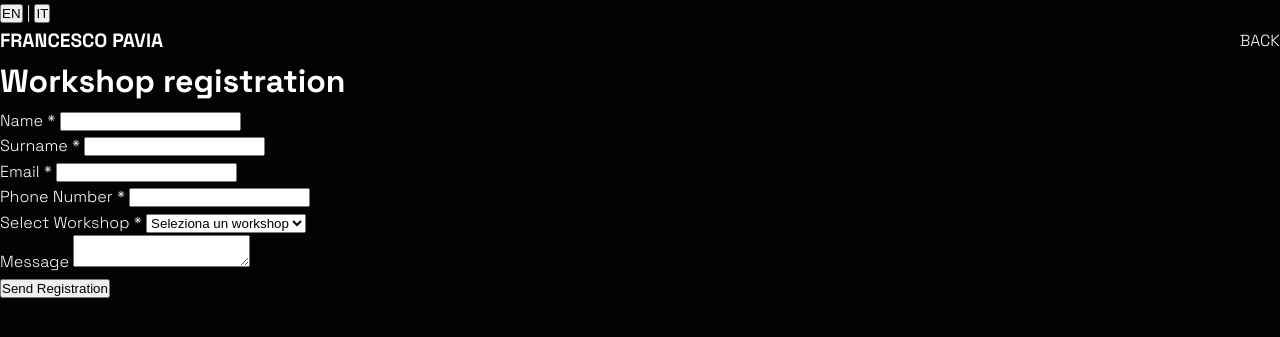
Repository: philipkdpavkia/photo-auto
Page: iscrizione.html
The author's editor kept a copy of each file at every save. The page is drawn from the files as they stood at one save, then again after the next save.
The browser window is 1280 px wide. The pictures show the whole page.

Above is the page before, as saved 2024-11-16 19:40:08.

After the next save:
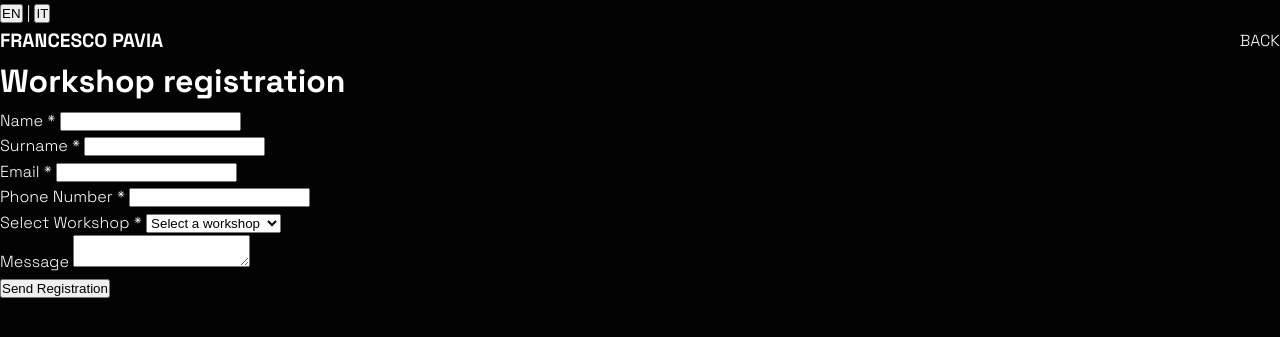
Saved 3 min 14 s later.
--- a/iscrizione.html
+++ b/iscrizione.html
@@ -111,7 +111,7 @@
         });
     </script>
 </head>
-<body class="registration-page"></body>
+<body class="registration-page">
     <div class="lang-selector">
         <button class="lang-btn" onclick="langManager.setLanguage('en')">EN</button>
         |
@@ -119,20 +119,19 @@
     </div>
 
     <nav class="nav">
-        <div class="logo" onclick="window.location.href='index.html'">FRANCESCO PAVIA</div>
+        <div class="logo" onclick="window.location.href='/'">FRANCESCO PAVIA</div>
         <div class="menu">
             <div class="menu-item" onclick="history.back()" data-i18n="back">BACK</div>
         </div>
     </nav>
 
     <div class="form-container">
-        <div class="selected-workshop">
+        <div class="workshop-header">
             <h1 class="workshop-title" id="workshopTitle" data-i18n="workshop_registration">Workshop registration</h1>
             <div class="workshop-details" id="workshopDetails"></div>
         </div>
 
-
-        <form action="https://formspree.io/f/mldenwbq" method="POST">
+        <form action="https://formspree.io/f/mldenwbq" method="POST" class="registration-form">
             <div class="form-group">
                 <label for="nome" data-i18n="name">Name *</label>
                 <input type="text" id="nome" name="nome" required>
@@ -156,13 +155,10 @@
             <div class="form-group">
                 <label for="workshop-selection" data-i18n="workshop">Select Workshop *</label>
                 <select id="workshop-selection" name="workshop" required>
-                    <option value="">Seleziona un workshop</option>
-                    <option value="workshop1">Workshop Senegal </option>
-                    <option value="workshop2">Workshop Mexico </option>
-                    <option value="workshop3">Workshop Cuba</option>
-                    <option value="workshop1">Workshop Mordancage </option>
-                    <option value="workshop2">Workshop Lith </option>
-                    <option value="workshop3">Workshop Cyanotype</option>
+                    <option value="">Select a workshop</option>
+                    <option value="senegal">Workshop Senegal</option>
+                    <option value="mexico">Workshop Mexico</option>
+                    <option value="cuba">Workshop Cuba</option>
                 </select>
             </div>
 
--- a/css/style.css
+++ b/css/style.css
@@ -645,89 +645,62 @@ html {
         font-size: 0.7rem;
         padding: 0.2rem 0.4rem;
     }
+
+
     /* Registration Page Styles */
 .registration-page {
     background: var(--background);
-    font-family: 'Space Grotesk', sans-serif;
-    color: var(--primary);
-}
-
-.registration-page .nav {
-    position: fixed;
-    top: 0;
-    width: 100%;
-    padding: 2rem;
-    z-index: 100;
-    display: flex;
-    justify-content: space-between;
-    mix-blend-mode: difference;
-}
-
-.registration-page .logo {
-    font-size: 1.5rem;
-    font-weight: 700;
-    cursor: pointer;
-    color: var(--primary);
-}
-
-.registration-page .menu {
-    display: flex;
-    gap: 2rem;
-}
-
-.registration-page .menu-item {
-    cursor: pointer;
-    transition: var(--transition);
-}
-
-.registration-page .menu-item:hover {
-    color: var(--accent);
+    min-height: 100vh;
 }
 
 .registration-page .form-container {
-    padding: 120px 5vw;
     max-width: 800px;
     margin: 0 auto;
-}
-
-.registration-page .selected-workshop {
+    padding: 120px 2rem 4rem;
+}
+
+.registration-page .workshop-header {
+    margin-bottom: 4rem;
+    padding: 2rem;
     background: rgba(255, 255, 255, 0.05);
-    padding: 2rem;
     border-radius: 8px;
-    margin-bottom: 2rem;
     backdrop-filter: blur(10px);
 }
 
 .registration-page .workshop-title {
-    font-size: 2rem;
+    font-size: 2.5rem;
+    color: var(--accent);
     margin-bottom: 1rem;
-    color: var(--accent);
     font-weight: 300;
 }
 
 .registration-page .workshop-details {
     color: var(--primary);
-    opacity: 0.7;
-    margin-bottom: 2rem;
+    font-size: 1.1rem;
+    opacity: 0.8;
+}
+
+.registration-page .registration-form {
+    display: grid;
+    gap: 2rem;
 }
 
 .registration-page .form-group {
-    margin-bottom: 1.5rem;
+    display: flex;
+    flex-direction: column;
+    gap: 0.5rem;
 }
 
 .registration-page label {
-    display: block;
-    margin-bottom: 0.5rem;
     font-size: 0.9rem;
     text-transform: uppercase;
-    color: var(--primary);
-    opacity: 0.7;
+    color: var(--accent);
+    font-weight: 700;
 }
 
 .registration-page input,
 .registration-page textarea,
 .registration-page select {
-    width: 100%;
     padding: 1rem;
     background: rgba(255, 255, 255, 0.05);
     border: 1px solid rgba(255, 255, 255, 0.1);
@@ -752,8 +725,7 @@ html {
 }
 
 .registration-page .submit-button {
-    display: inline-block;
-    width: auto;
+    justify-self: start;
     padding: 1rem 2rem;
     background: var(--accent);
     color: #000;
@@ -771,43 +743,17 @@ html {
     background: #ff1f57;
 }
 
-.registration-page .lang-selector {
-    position: fixed;
-    top: 20px;
-    left: 50%;
-    transform: translateX(-50%);
-    z-index: 1000;
-    display: inline-block;
-    mix-blend-mode: difference;
-    color: var(--primary);
-    padding: 5px 10px;
-    border-radius: 4px;
-}
-
-.registration-page .lang-btn {
-    background: none;
-    border: none;
-    cursor: pointer;
-    padding: 5px;
-    color: var(--primary);
-    font-family: inherit;
-    transition: var(--transition);
-}
-
-.registration-page .lang-btn:hover {
-    color: var(--accent);
-}
-
-.registration-page .lang-btn.active {
-    color: var(--accent);
-}
-
 @media (max-width: 768px) {
+    .registration-page .form-container {
+        padding: 100px 1rem 2rem;
+    }
+
     .registration-page .workshop-title {
-        font-size: 1.5rem;
-    }
-    .registration-page .form-container {
-        padding: 100px 5vw;
-    }
-}
-}
+        font-size: 2rem;
+    }
+
+    .registration-page .workshop-details {
+        font-size: 1rem;
+    }
+}
+}
